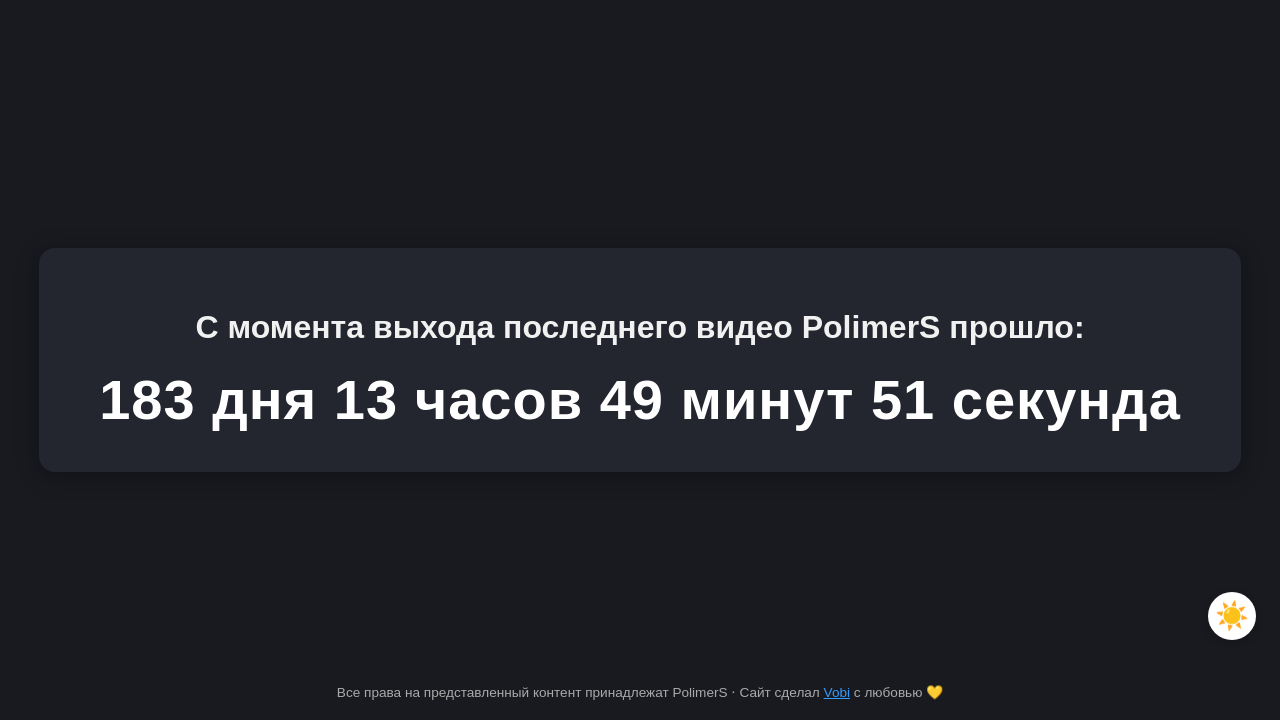
Repository: oncube-dev/OnCube-dev_website
Page: files_for_hosting/clear_html.version/index.html
These files come from the project's save history. The page is drawn as it stood at one moment and after the next save; the edit follows.
The browser window is 1280 px wide. The pictures show the whole page.

Above is the page before, as saved 2025-07-18 11:51:18.

### files_for_hosting/clear_html.version/index.html
<!DOCTYPE html>
<html lang="ru">
<head>
    <meta charset="UTF-8">
    <title>Платон, когда видео?</title>
    <link rel="stylesheet" href="style.css">
    <style>
        body { transition: background 0.2s, color 0.2s; }
    </style>
</head>
<body>
    <div class="timer-container">
        <h1>С момента выхода последнего видео PolimerS прошло:</h1>
        <div id="timer">Загрузка...</div>
    </div>
    <button id="theme-toggle" class="theme-toggle-btn" title="Переключить тему">🌙</button>
    <footer class="footer-note">
        Все права на представленный контент принадлежат PolimerS ⋅ Сайт сделал <a href="https://vobi.bio.link/" target="_blank" style="text-decoration:underline;">Vobi</a> с любовью 💛
    </footer>
    <script>
        // Дата выхода последнего видео (пример: 2025-01-15 11:00:00)
        const startDate = new Date('2025-01-15T11:00:00');
        function updateTimer() {
            const now = new Date();
            let diff = now - startDate;
            if (diff < 0) diff = 0;
            let seconds = Math.floor(diff / 1000);
            const days = Math.floor(seconds / (24 * 3600));
            seconds %= 24 * 3600;
            const hours = Math.floor(seconds / 3600);
            seconds %= 3600;
            const minutes = Math.floor(seconds / 60);
            seconds %= 60;
            function plural(n, one, two, five) {
                n = Math.abs(n) % 100;
                let n1 = n % 10;
                if (n > 10 && n < 20) return five;
                if (n1 > 1 && n1 < 5) return two;
                if (n1 == 1) return one;
                return five;
            }
            const daysText = plural(days, 'день', 'дня', 'дней');
            const hoursText = plural(hours, 'час', 'часа', 'часов');
            const minutesText = plural(minutes, 'минута', 'минуты', 'минут');
            const secondsText = plural(seconds, 'секунда', 'секунды', 'секунд');
            document.getElementById('timer').textContent = `${days} ${daysText} ${hours} ${hoursText} ${minutes} ${minutesText} ${seconds} ${secondsText}`;
        }
        setInterval(updateTimer, 1000);
        updateTimer();

        // Переключение темы
        const toggleBtn = document.getElementById('theme-toggle');
        const darkClass = 'dark-theme';
        let themePref = localStorage.getItem('theme');
        let isDark = themePref === null ? true : themePref === 'dark';
        setTheme(isDark);
        toggleBtn.onclick = () => {
            isDark = !isDark;
            setTheme(isDark);
            localStorage.setItem('theme', isDark ? 'dark' : 'light');
        };
        function setTheme(isDark) {
            if (isDark) {
                document.body.classList.add(darkClass);
                toggleBtn.textContent = '☀️';
            } else {
                document.body.classList.remove(darkClass);
                toggleBtn.textContent = '🌙';
            }
        }
    </script>
</body>
</html>

### files_for_hosting/clear_html.version/style.css
body {
    background: #181a20;
    color: #f1f1f1;
    font-family: Arial, sans-serif;
    margin: 0;
    padding: 0;
    height: 100vh;
    display: flex;
    align-items: center;
    justify-content: center;
}

.timer-container {
    background: #23262f;
    padding: 40px 60px;
    border-radius: 16px;
    box-shadow: 0 4px 24px rgba(0,0,0,0.32);
    text-align: center;
    color: #f1f1f1;
}

.timer-container h1 {
    font-size: 2rem;
    font-weight: bold;
    color: #f1f1f1;
}

#timer {
    font-size: 3.5rem;
    font-weight: bold;
    margin-top: 8px;
    color: #111;
    letter-spacing: 1px;
}

.footer-note {
    font-size: 0.85rem;
    color: #aaa;
    text-align: center;
    position: fixed;
    left: 0;
    width: 100vw;
    bottom: 20px;
    margin: 0;
    z-index: 100;
    box-sizing: border-box;
}

.footer-note a {
    color: #339cff;
    text-decoration: underline;
}

.theme-toggle-btn {
    position: fixed;
    right: 24px;
    bottom: 80px;
    z-index: 200;
    background: #23262f;
    color: #ffe066;
    border: none;
    border-radius: 50%;
    width: 48px;
    height: 48px;
    font-size: 1.7rem;
    cursor: pointer;
    box-shadow: 0 2px 8px rgba(0,0,0,0.18);
    transition: background 0.2s, color 0.2s;
}
.theme-toggle-btn:hover {
    background: #ffe066;
    color: #23262f;
}

body {
    background: #f5f5f5;
    color: #23262f;
}
.timer-container {
    background: #fff;
    color: #23262f;
    box-shadow: 0 4px 24px rgba(0,0,0,0.08);
}
.timer-container h1 {
    color: #23262f;
}
#timer {
    color: #111;
}
.footer-note {
    color: #888;
}
.footer-note a {
    color: #1976d2;
}

body.dark-theme {
    background: #181a20;
    color: #f1f1f1;
}
.dark-theme .timer-container {
    background: #23262f;
    color: #f1f1f1;
    box-shadow: 0 4px 24px rgba(0,0,0,0.32);
}
.dark-theme .timer-container h1 {
    color: #f1f1f1;
}
.dark-theme #timer {
    color: #fff;
}
.dark-theme .footer-note {
    color: #aaa;
}
.dark-theme .footer-note a {
    color: #339cff;
}
.dark-theme .theme-toggle-btn {
    background: #fff;
    color: #23262f;
}
.dark-theme .theme-toggle-btn:hover {
    background: #23262f;
    color: #ffe066;
}

After the next save:
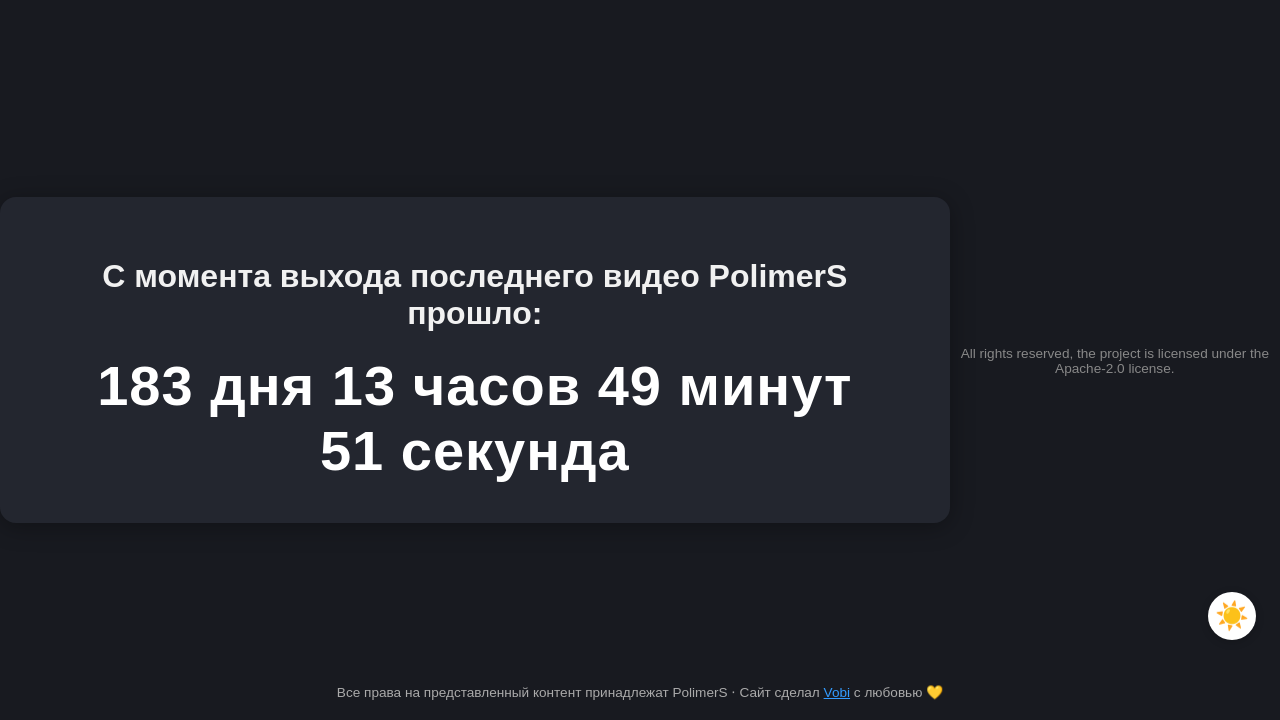
Saved 16 min 58 s later.
--- a/files_for_hosting/clear_html.version/index.html
+++ b/files_for_hosting/clear_html.version/index.html
@@ -17,8 +17,10 @@
     <footer class="footer-note">
         Все права на представленный контент принадлежат PolimerS ⋅ Сайт сделал <a href="https://vobi.bio.link/" target="_blank" style="text-decoration:underline;">Vobi</a> с любовью 💛
     </footer>
+    <div style="text-align:center; font-size:0.85em; color:#888; margin-top:2px;">
+        All rights reserved, the project is licensed under the Apache-2.0 license.
+    </div>
     <script>
-        // Дата выхода последнего видео (пример: 2025-01-15 11:00:00)
         const startDate = new Date('2025-01-15T11:00:00');
         function updateTimer() {
             const now = new Date();
